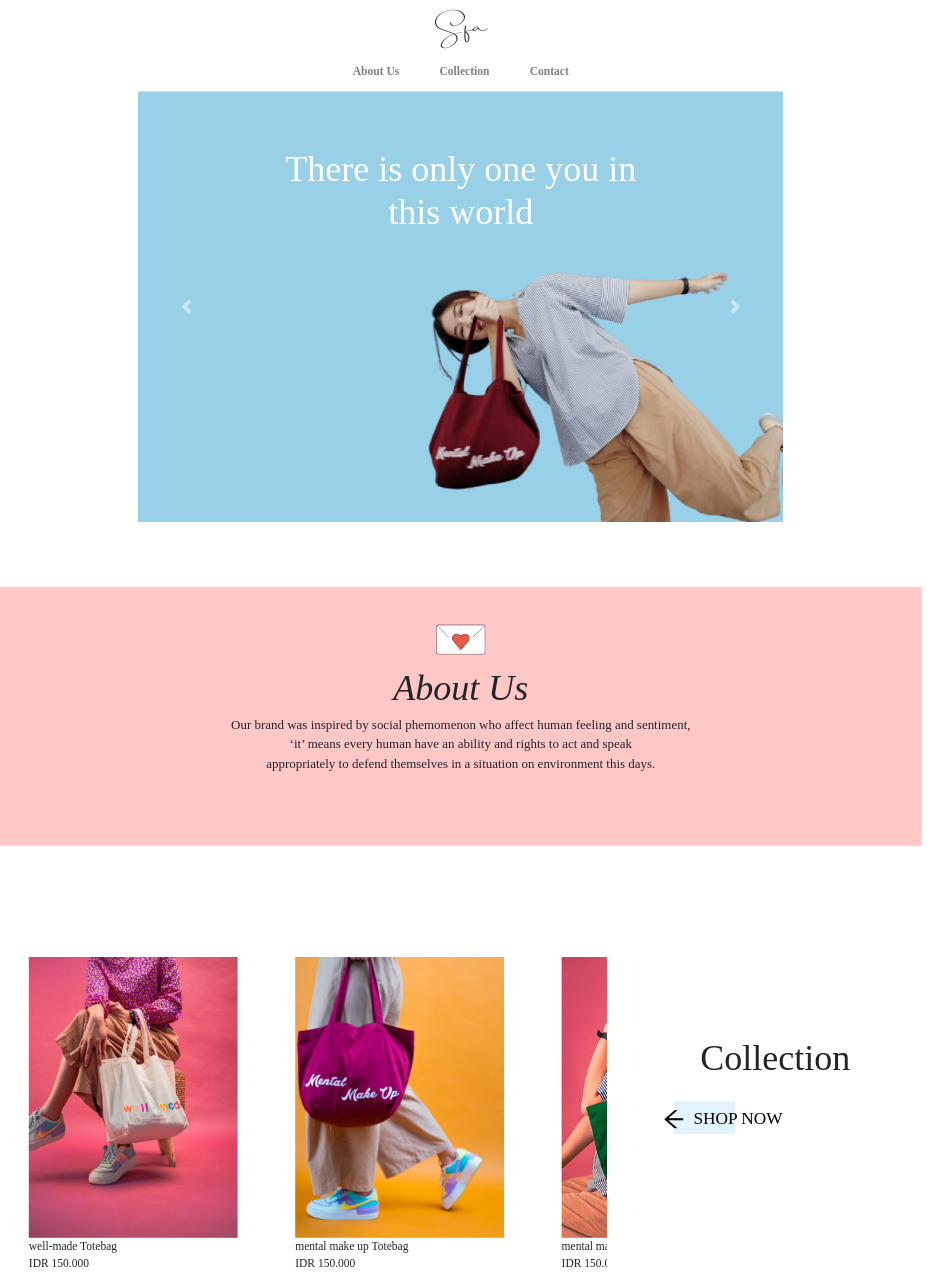
Repository: bismowibi/savoir
Page: index.html
An editor plug-in stored every save of this project. The page is shown before and after a run of saves, followed by the edit.
The browser window is 1280 px wide. The page is 1295 px wide, so the pictures cover 1295 px, including what lies to the right of the window. The pictures show the whole page, at 72% of full size.
Some web libraries are served in a nearby version.

Above is the page before, as saved 2020-04-04 03:29:43.

After the next 4 saves:
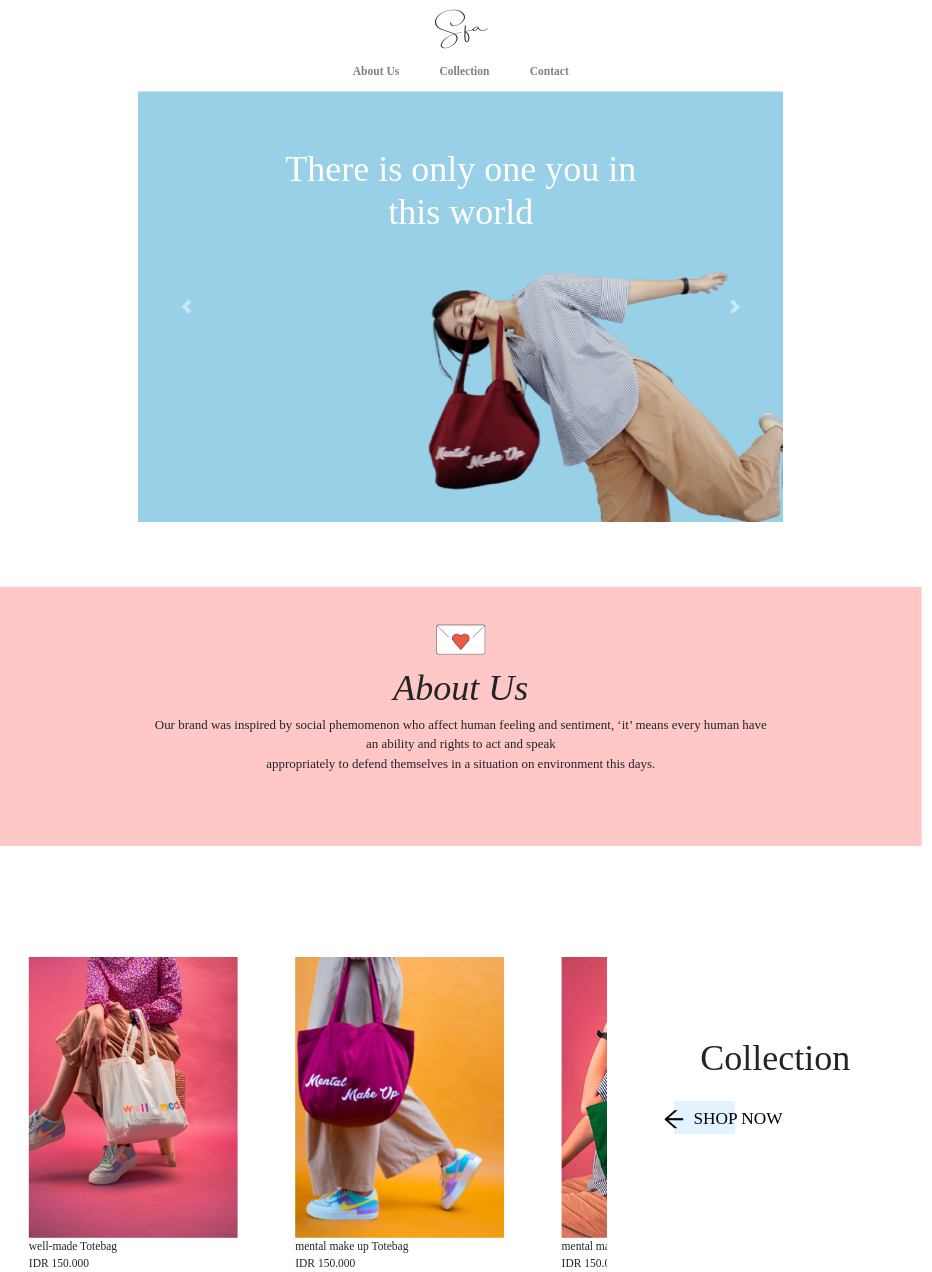
The 4 saves are shown as one change because they came seconds apart.
The last was saved 11 s later.
--- a/index.html
+++ b/index.html
@@ -129,7 +129,7 @@
         </div>
         <div class="col-lg-12 text-center">
           <h2>About Us</h2>
-          <p class="">Our brand was inspired by social phemomenon who affect human feeling and sentiment, <br>‘it’ means every human have an ability and rights to act and speak <br>appropriately to defend themselves in a situation on environment this days. </p>
+          <p class="">Our brand was inspired by social phemomenon who affect human feeling and sentiment, ‘it’ means every human have an ability and rights to act and speak <br>appropriately to defend themselves in a situation on environment this days. </p>
         </div>
       </div>
     </div>
